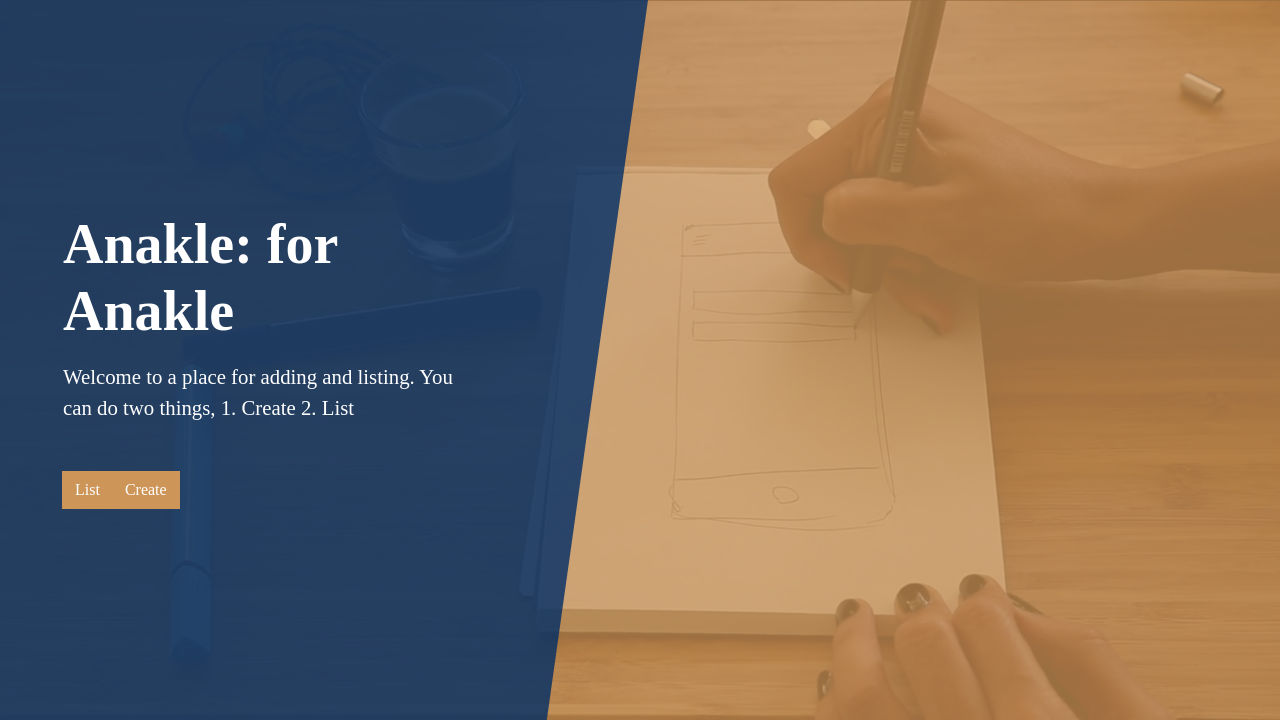
Repository: Guruscode/mega-list
Page: http://localhost/list.php
These files come from the project's save history. The page is drawn as it stood at one moment and after the next save; the edit follows.
The browser window is 1280 px wide. The pictures show the whole page.
Some web fonts or font styles are not loaded; a fallback is used. The page is run by PHP 8.4 with error messages shown; the project is at /var/www/html/.

Above is the page before, as saved 2018-02-22 21:16:03.
Console error: TypeError: Cannot read properties of undefined (reading 'fn')

After the next save:
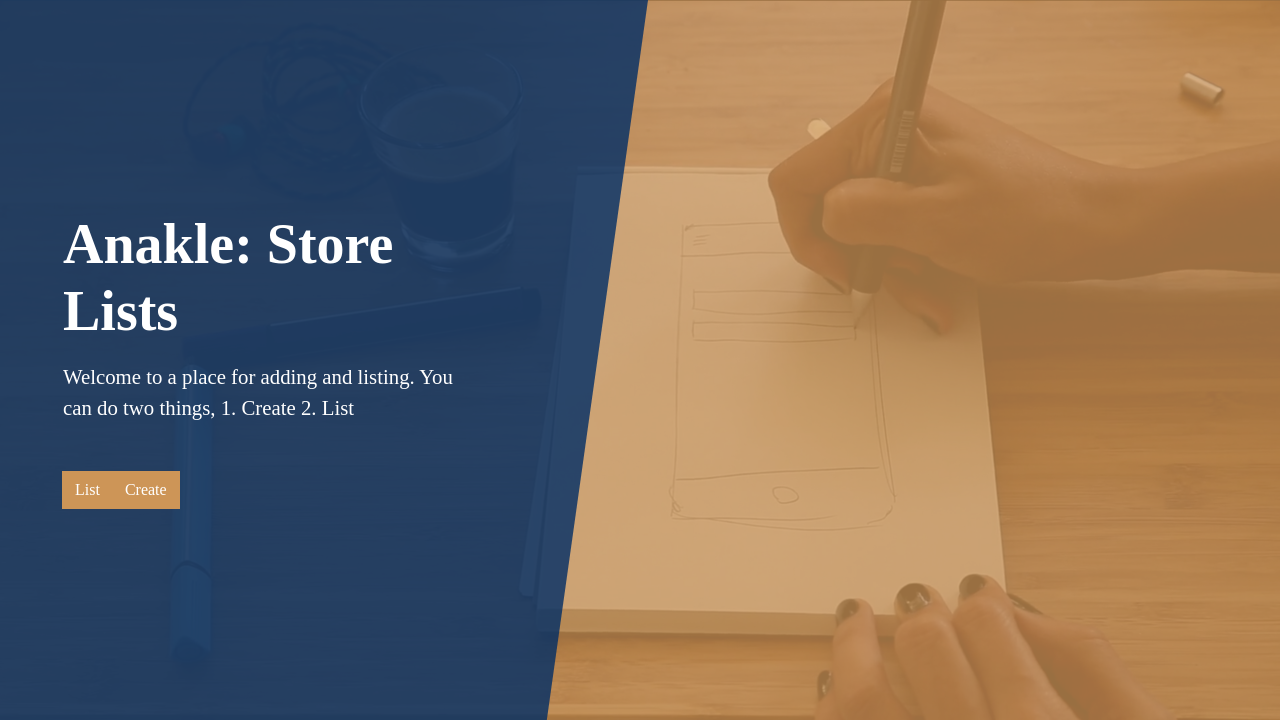
Saved 116 s later.
--- a/list.php
+++ b/list.php
@@ -22,7 +22,7 @@
             <div class="row h-100">
             <div class="col-12 my-auto">
                 <div class="masthead-content text-white py-5 py-md-0">
-                <h1 class="mb-3">Anakle: for Anakle</h1>
+                <h1 class="mb-3">Anakle: Store Lists</h1>
                 <p class="mb-5">Welcome to a place for adding and listing. You can do two things, 1. Create 2. List</p>
                 <div class="input-group input-group-newsletter">
 
